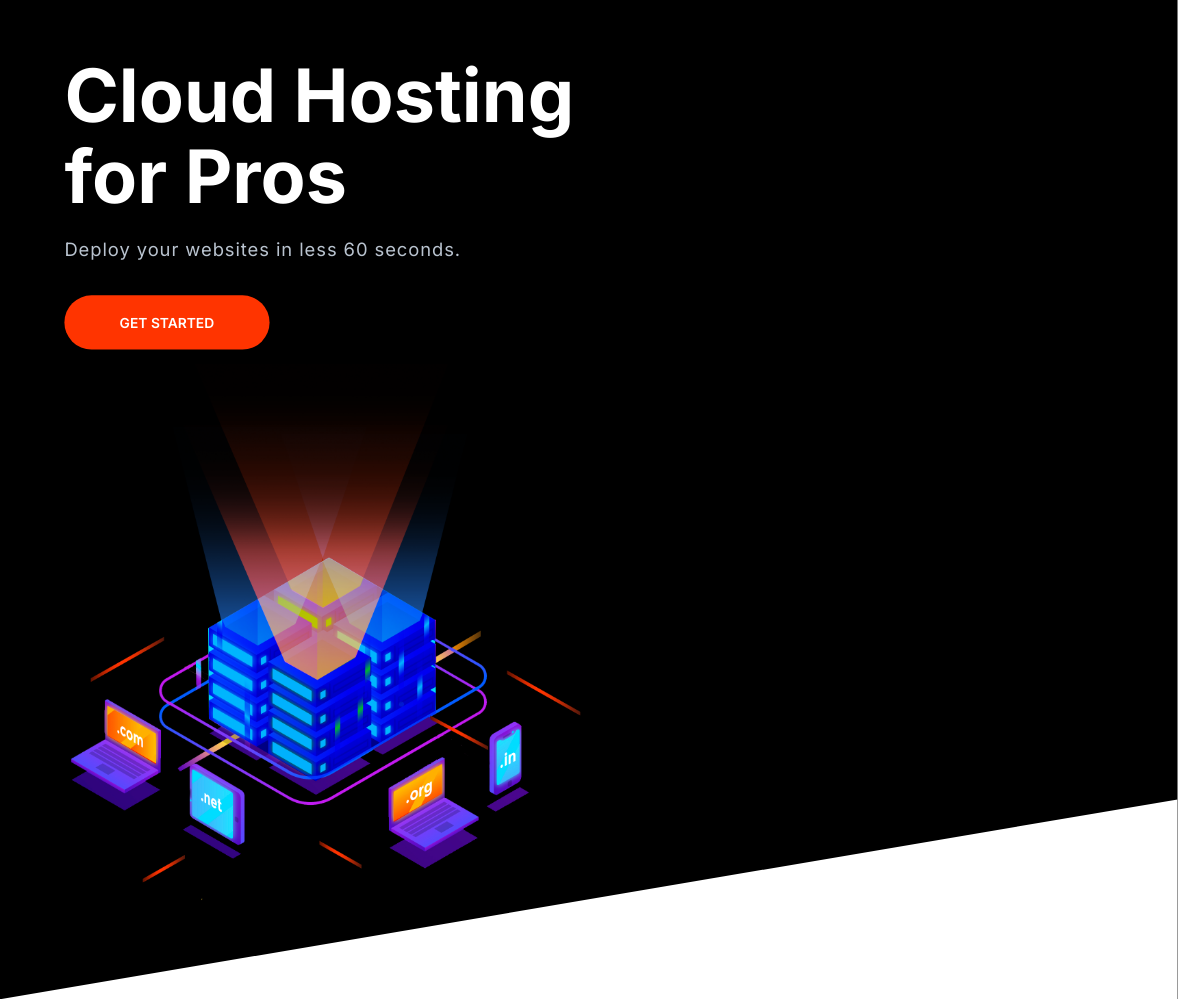
Repository: LeonUIO/first_website
Page: index.html
The author's editor kept a copy of each file at every save. The page is drawn from the files as they stood at one save, then again after a run of saves.
The browser window is 1280 px wide. The pictures show the whole page, at 92% of full size.

Above is the page before, as saved 2021-04-10 16:09:13.

### index.html
<!DOCTYPE html>
<html lang="en">
  <head>
    <meta charset="UTF-8" />
    <meta
      name="viewport"
      content="width=device-width, user-scalable=no, initial-scale=1.0, maximum-scale=1.0, minimum-scale=1.0"
    />
    <meta http-equiv="X-UA-Compatible" content="ie=edge" />
    <title>Document</title>
    <link rel="preconnect" href="https://fonts.gstatic.com" />
    <link
      href="https://fonts.googleapis.com/css2?family=Inter:wght@400;600;700&display=swap"
      rel="stylesheet"
    />
    <link rel="stylesheet" href="css/normalize.css" />
    <link rel="stylesheet" href="css/styles.css" />
  </head>
  <body>
    <section class="block block--dark block--skewed-left">
      <div class="container grid grid--cols-2">
        <header class="hero__content">
          <h1 class="block__heading">Cloud Hosting for Pros</h1>
          <p class="hero__tagline">Deploy your websites in less 60 seconds.</p>
          <a href="" class="btn btn--accent btn--stretched">get started</a>
        </>
        <img class="hero__image" src="./images/banner.png" alt="" />
      </div>
    </section>
    <script src="js/main.js"></script>
  </body>
</html>

### css/styles.css
:root {
  --color-primary: #2584ff;
  --color-secondary: #00d9ff;
  --color-accent: #ff3400;
  --color-headings: #1b0760;
  --color-body: #918ca4;
  --color-body-darker: #5c5577;
  --color-border: #ccc;
  --border-radius: 30px;
}

*,
*::after,
*::before {
  box-sizing: border-box;
}

/* Typography */
html {
  font-size: 62.5%;
}

body {
  font-family: Inter, arial, helvetica, sans-serif;
  color: var(--color-body);
  font-size: 2.4rem;
  line-height: 1.5;
}

h1,
h2,
h3 {
  color: var(--color-headings);
  margin-bottom: 1rem;
  line-height: 1.1;
}

h1 {
  font-size: 7rem;
}

h2 {
  font-size: 4rem;
}

h3 {
  font-size: 3rem;
}

@media screen and (min-width: 1024px) {
  body {
    font-size: 1.8rem;
  }

  h1 {
    font-size: 8rem;
  }

  h2 {
    font-size: 4rem;
  }

  h3 {
    font-size: 2.4rem;
  }
}

/* Links */
a {
  text-decoration: none;
}

.link-arrow {
  color: var(--color-accent);
  font-size: 2rem;
  font-weight: bold;
}

.link-arrow::after {
  content: "-->";
  margin-left: 5px;
  transition: margin-left 0.15s;
}

.link-arrow:hover::after {
  margin-left: 10px;
}

@media screen and (min-width: 1024px) {
  .link-arrow {
    font: size 1.5em;
  }
}

/* Badges */
.badge {
  white-space: nowrap;
  padding: 0.5rem 2rem;
  font-weight: 600;
  border-radius: 20px;
  font-size: 2rem;
}

.badge--primary {
  background: var(--color-primary);
  color: #fff;
}

.badge--secondary {
  background: var(--color-secondary);
  color: #fff;
}

.badge--small {
  font-size: 1.6rem;
}

@media screen and (min-width: 1024px) {
  .badge {
    font-size: 1.5rem;
  }

  .badge--small {
    font-size: 1.2rem;
  }
}

/* Lists */
.list {
  list-style: none;
  color: var(--color-headings);
  padding-left: 0;
}

.list--inline .list__item {
  display: inline-block;
  margin-right: 2rem;
}

.list--tick {
  list-style-image: url(../images/tick.svg);
  padding-left: 3rem;
}

.list--tick .list__item {
  margin-bottom: 1rem;
  padding-left: 0.5rem;
}

@media screen and (min-width: 1024px) {
  .list--tick .list__item {
    padding-left: 0;
  }
}

/* Icons */
.icon {
  width: 40px;
  height: 40px;
}

.icon--small {
  width: 30px;
  height: 30px;
}

.icon--primary {
  fill: var(--color-primary);
}

.icon--white {
  fill: #fff;
}

.icon-container {
  width: 64px;
  height: 64px;
  border-radius: 100%;
  background: #f3f9fa;
  display: inline-flex;
  justify-content: center;
  align-items: center;
}

.icon-container--accent {
  background: var(--color-accent);
}

/* Buttons */
.btn {
  border-radius: 40px;
  border: 0;
  cursor: pointer;
  font-size: 1.8rem;
  font-weight: 600;
  margin: 1rem 0;
  padding: 2rem 3rem;
  text-transform: uppercase;
  text-align: center;
  white-space: nowrap;
}

.btn--primary {
  background: var(--color-primary);
  color: #fff;
}

.btn--primary:hover {
  background: #3a8ffd;
}

.btn--secondary {
  background: var(--color-secondary);
  color: #fff;
}

.btn--secondary:hover {
  background: #00c8eb;
}

.btn--accent {
  background: var(--color-accent);
  color: #fff;
}

.btn--accent:hover {
  background: #ec3000;
}

.btn--stretched {
  padding-left: 6rem;
  padding-right: 6rem;
}

.btn--block {
  width: 100%;
  display: inline-block;
}

.btn--outline {
  background: #fff;
  color: var(--color-headings);
  border: 2px solid var(--color-headings);
}

.btn--outline:hover {
  background: var(--color-headings);
  color: #fff;
}

@media screen and (min-width: 1024px) {
  .btn {
    font-size: 1.5rem;
  }
}

/* Inputs */
.input {
  border-radius: var(--border-radius);
  border: 1px solid var(--color-border);
  color: var(--color-headings);
  font-size: 2rem;
  outline: 0;
  padding: 1.5rem 3.5rem;
}

::placeholder {
  color: #cdcbd7;
}

.input-group {
  border-radius: var(--border-radius);
  border: 2px solid var(--color-border);
  display: flex;
}

.input-group .input {
  border: 0;
  flex-grow: 1;
  padding: 1.5rem 1rem;
}

.input-group .btn {
  margin: 4px;
}

@media screen and (min-width: 1024px) {
  .input {
    font-size: 1.5rem;
  }
}

/* Cards */
.card {
  border-radius: 7px;
  box-shadow: 0 0 20px 10px #f3f3f3;
  overflow: hidden;
}

.card__header,
.card__body {
  padding: 2rem 3rem;
}

.card--primary .card__header {
  background: var(--color-primary);
  color: #fff;
}

.card--secondary .card__header {
  background: var(--color-secondary);
  color: #fff;
}

/* Plans */
.plan__name {
  color: #fff;
  margin: 0;
  font-weight: 500;
  font-size: 2.4rem;
}

.plan__price {
  font-size: 6rem;
}

.plan__billing-cycle {
  font-size: 2.4rem;
  font-weight: 300;
  opacity: 0.8;
  margin-right: 1rem;
}

.plan__description {
  font-size: 2rem;
  font-weight: 300;
  letter-spacing: 1px;
  display: block;
}

.plan .list__item {
  margin-bottom: 2rem;
}

.plan--popular .card__header {
  position: relative;
}

.plan--popular .card__header::before {
  content: url(../images/popular.svg);
  width: 40px;
  display: inline-block;
  position: absolute;
  top: -6px;
  right: 5%;
}

@media screen and (min-width: 1024px) {
  .plan__name {
    font-size: 1.4rem;
  }

  .plan__price {
    font-size: 5rem;
  }

  .plan__billing-cycle {
    font-size: 1.6rem;
  }

  .plan__description {
    font-size: 1.7rem;
  }
}

/* Media */
.media {
  display: flex;
}

.media__title {
  margin-top: 0;
}

.media__body {
  margin: 0 2rem;
}

.media__image {
  margin-top: 1rem;
}

/* Quotes */
.quote {
  font-size: 3rem;
  color: var(--color-body-darker);
  font-style: italic;
  line-height: 1.3;
}

.quote__text::before {
  content: open-quote;
}

.quote__text::after {
  content: close-quote;
}

.quote__footer {
  font-style: normal;
}

.quote--line {
  position: relative;
  bottom: 10px;
}

.quote__author {
  font-size: 3rem;
  font-weight: 500;
  margin-bottom: 0;
}

.quote__company {
  color: var(--color-headings);
  margin-top: 0;
  font-size: 2rem;
  opacity: 0.4;
}

@media screen and (min-width: 1024px) {
  .quote {
    font-size: 2rem;
  }

  .quote__author {
    font-size: 2.4rem;
  }

  .quote__company {
    font-size: 1.6rem;
  }
}

/* Grids */
.grid {
  display: grid;
}

@media screen and (min-width: 768px) {
  .grid--cols-2 {
    grid-template-columns: repeat(2, 1fr);
  }
}
@media screen and (min-width: 1024px) {
  .grid--cols-3 {
    grid-template-columns: repeat(3, 1fr);
  }
}

/* Testimonial */
.testimonial {
  padding: 3rem;
}

.testimonial__image > img {
  width: 100%;
}

.testimonial__image {
  position: relative;
}

.testimonial__image > .icon-container {
  position: absolute;
  top: 3rem;
  right: -32px;
}

@media screen and (min-width: 768px) {
  .testimonial .quote,
  .testimonial .quote__author {
    font-size: 2.4rem;
  }

  .testimonial .quote {
    margin-left: 6rem;
  }
}

@media screen and (max-width: 768px) {
  .testimonial .icon-container {
    width: 60px;
    height: 60px;
  }
  .testimonial__image > .icon-container {
    position: absolute;
    top: 3rem;
    right: -30px;
  }
}

/* Callouts */
.callout {
  border-radius: 5px;
  padding: 4rem;
}

.callout--primary {
  background: var(--color-primary);
  color: #fff;
}

.callout__heading {
  margin-top: 0;
  font-size: 3rem;
  color: #fff;
}

.callout__content {
  text-align: center;
}

.callout .btn {
  justify-self: center;
  align-self: center;
}

@media (min-width: 768px) {
  .callout .grid--cols-2 {
    grid-template-columns: 1fr auto;
  }

  .callout__content {
    text-align: left;
  }

  .callout .btn {
    justify-self: start;
    margin: 0 2rem;
  }
}

/* Collapsibles */
.collapsible__header {
  display: flex;
  justify-content: space-between;
}

.collapsible__heading {
  margin-top: 0;
  font-size: 3rem;
}

.collapsible--chevron {
  transform: rotate(-90deg);
}

.collapsible__content {
  max-height: 0;
  overflow: hidden;
  opacity: 0;
  transition: all 0.3s;
}

.collapsible--expanded .collapsible--chevron {
  transform: rotate(0);
}

.collapsible--expanded .collapsible__content {
  max-height: 100vh;
  opacity: 1;
}

/* Blocks */
.block {
  --padding-vertical: 6rem;
  padding: var(--padding-vertical) 2rem;
}

.block__header {
  text-align: center;
}

.block__heading {
  margin-top: 0;
}

.block--dark {
  background: #000;
  color: #7b858b;
}

.block--dark .block__heading {
  color: #fff;
}

.block--skewed-right {
  padding-bottom: calc(var(--padding-vertical) + 4rem);
  clip-path: polygon(0% 0%, 100% 0%, 100% 100%, 0% 80%);
}

.block--skewed-left {
  padding-bottom: calc(var(--padding-vertical) + 4rem);
  clip-path: polygon(0% 0%, 100% 0%, 100% 80%, 0% 100%);
}

.container {
  max-width: 1140px;
  margin: 0 auto;
}

/* Navigation Bar */
.nav {
  background: #000;
  display: flex;
  justify-content: space-between;
  flex-wrap: wrap;
  padding: 0 1rem;
  align-items: center;
}

.nav__list {
  width: 100%;
  margin: 0;
}

.nav__item {
  border-bottom: 1px solid #222;
  padding: 0.5rem 2rem;
}

.nav__item > a {
  color: #d2d0db;
  transition: color 0.3s;
}

.nav__item > a:hover {
  color: #fff;
}

.nav__toggler {
  opacity: 0.5;
  transition: box-shadow 0.15s;
  cursor: pointer;
}

.nav.collapsible--expanded .nav__toggler {
  opacity: 1;
  box-shadow: 0 0 0 3px #666;
  border-radius: 5px;
}

.nav__brand {
  transform: translateY(5px);
}

@media screen and (min-width: 768px) {
  .nav__toggler {
    display: none;
  }

  .nav__list {
    width: auto;
    display: flex;
    font-size: 1.6rem;
    max-height: 100%;
    opacity: 1;
  }

  .nav__item {
    border: 0;
  }
}

/* Hero */
.hero__tagline {
  font-size: 2rem;
  color: #b9c3cf;
  letter-spacing: 1px;
  margin: 2rem 0 5rem;
}

.hero__image {
  width: 100%;
}

Loaded but not shown: css/normalize.css (library); js/main.js (common file)

After the next 5 saves:
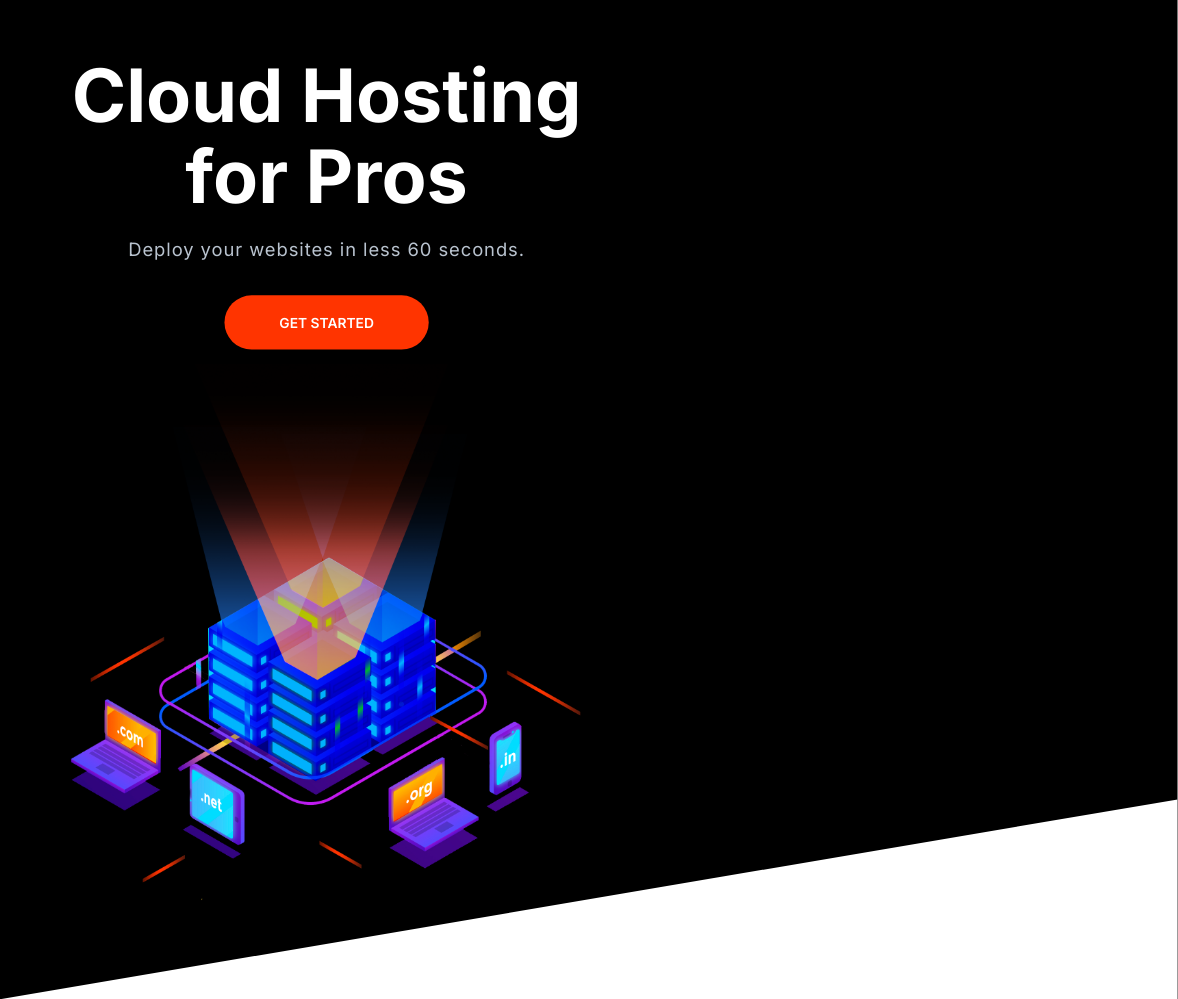
The 5 saves are shown as one change because they came seconds apart.
The last was saved 13 s later.
--- a/index.html
+++ b/index.html
@@ -19,7 +19,7 @@
   <body>
     <section class="block block--dark block--skewed-left">
       <div class="container grid grid--cols-2">
-        <header class="hero__content">
+        <header class="block__header hero__content">
           <h1 class="block__heading">Cloud Hosting for Pros</h1>
           <p class="hero__tagline">Deploy your websites in less 60 seconds.</p>
           <a href="" class="btn btn--accent btn--stretched">get started</a>
